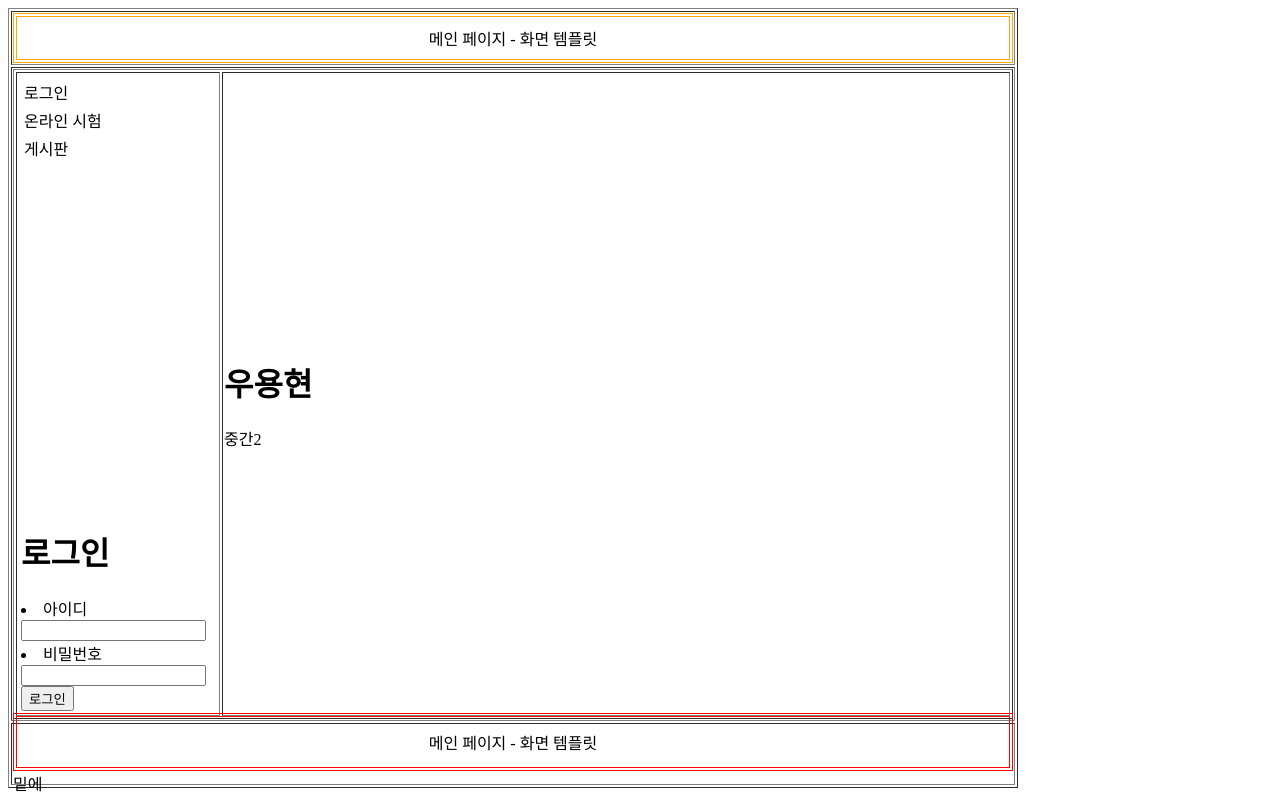
Repository: ikobean/ikoebean
Page: http://localhost/dev_jsp/ch07/index.jsp
The author's editor kept a copy of each file at every save. The page is drawn from the files as they stood at one save, then again after the next save.
The browser window is 1280 px wide. The pictures show the whole page.
The page is served by Tomcat 9.

Above is the page before, as saved 2019-07-17 02:35:27.

After the next save:
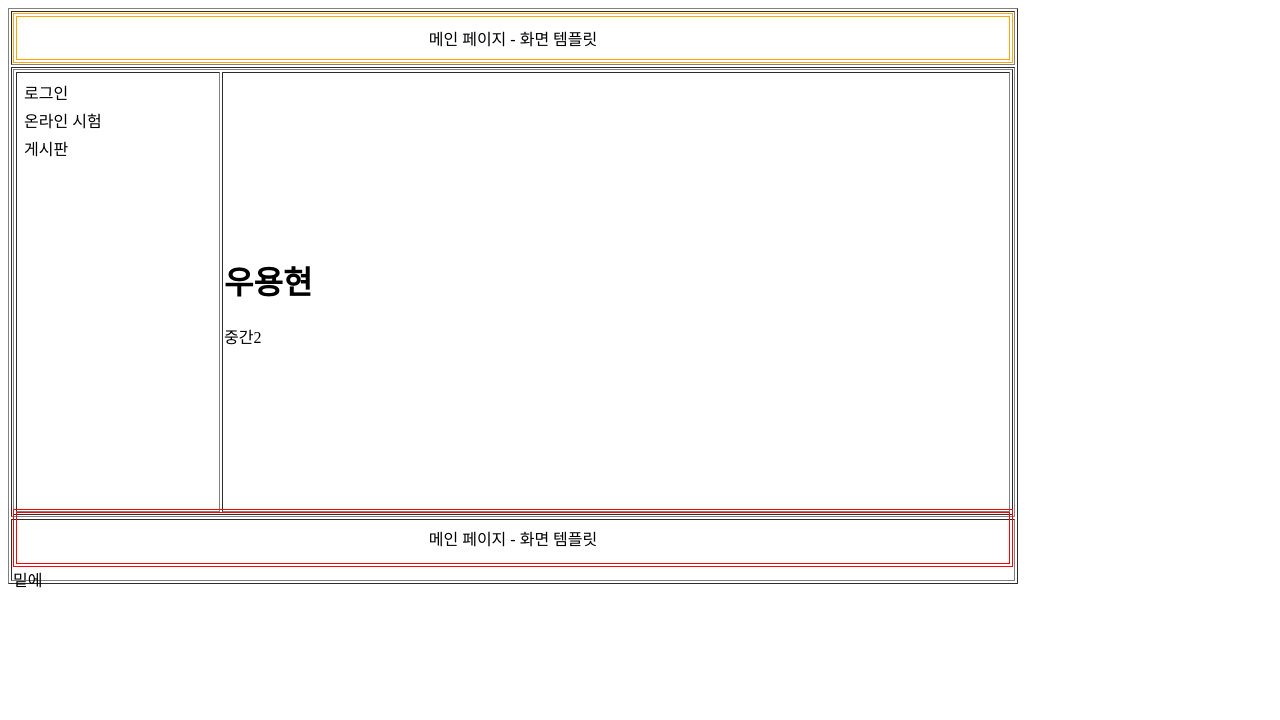
Saved 27 s later.
--- a/workspace_jsp/dev_jsp/WebContent/ch07/menu.jsp
+++ b/workspace_jsp/dev_jsp/WebContent/ch07/menu.jsp
@@ -17,14 +17,7 @@
 			<tr><td height="340px">&nbsp;</td></tr>
 
 		</table>
-			<h1>로그인</h1>
 
-			<li>아이디</li><input type="text">
-			<li>비밀번호</li> <input type="text">
-			<br>
-			<input type='button' value="로그인" onclick=alert("암것도없지롱")>
-		</td>
-	</tr>
 
 </table>
 </body>
